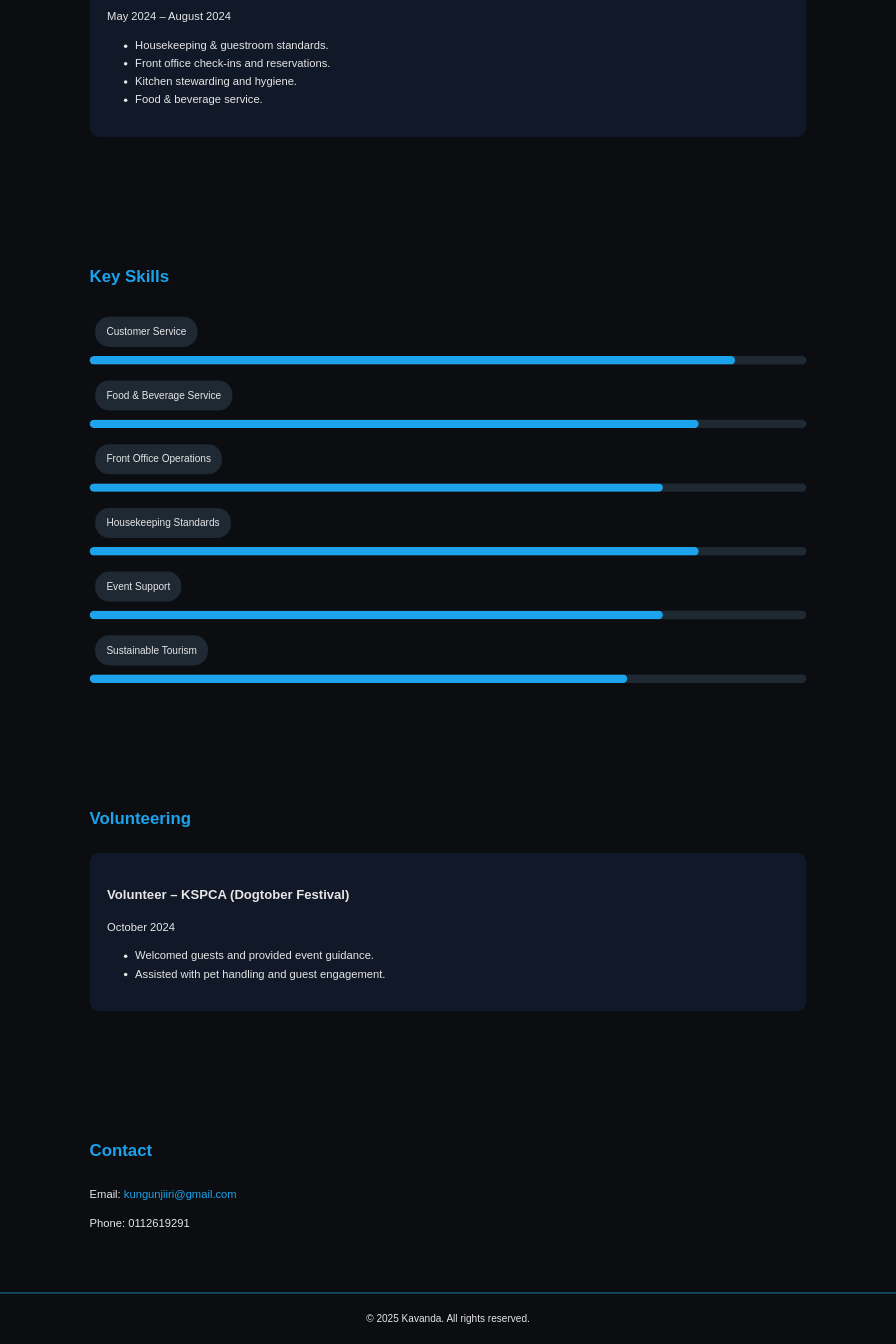
Repository: ladygit-comits/Solomon_Portfolio
Page: index.html
The author's editor kept a copy of each file at every save. The page is drawn from the files as they stood at one save, then again after the next save.
The browser window is 1280 px wide. The pictures show the part of the page from y = 2432 to 4352 px (the page is 4352 px tall before and 4351 px after), at 70% of full size.

Above is the page before, as saved 2025-12-31 14:02:20.

After the next save:
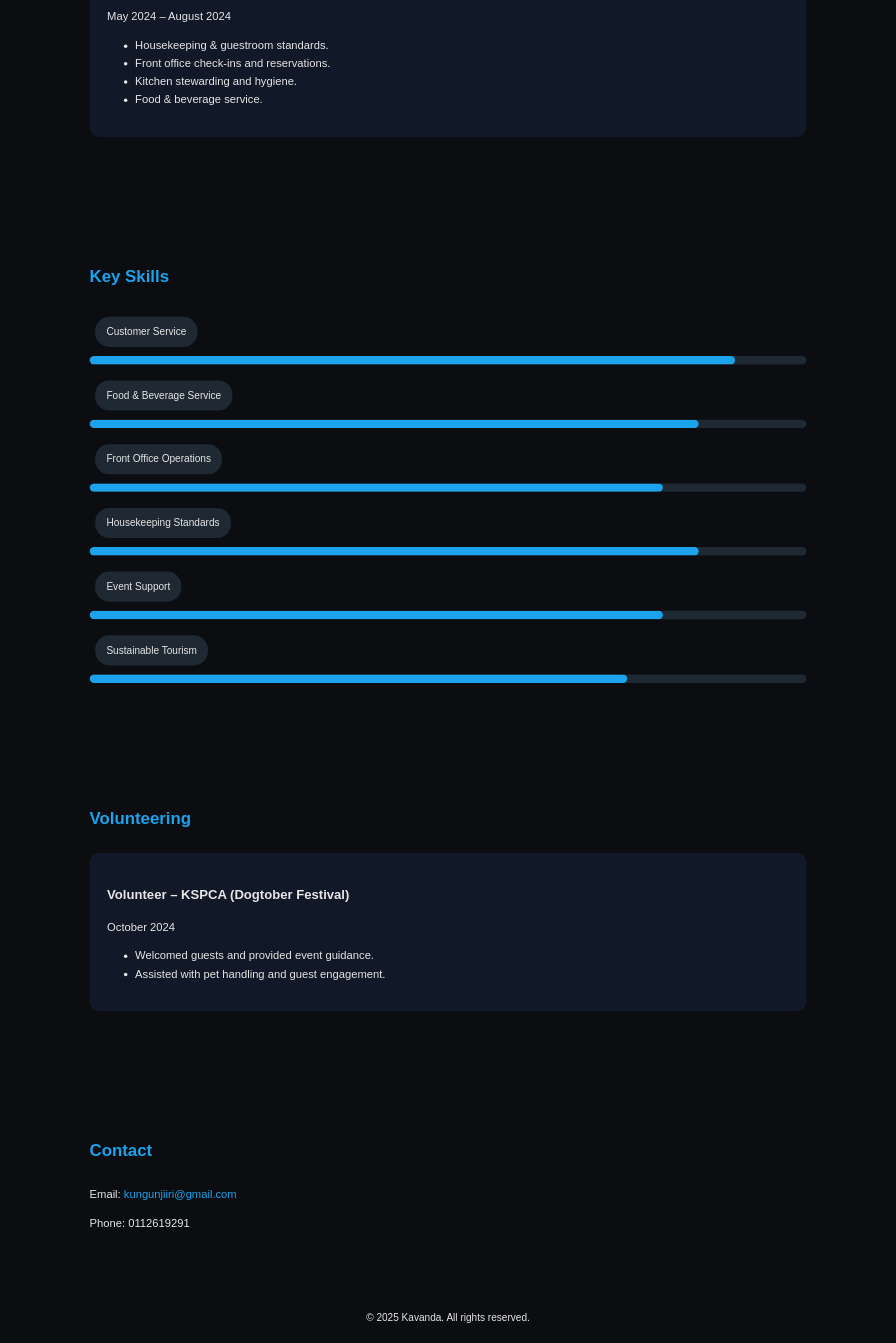
Saved 15 s later.
--- a/style.css
+++ b/style.css
@@ -288,7 +288,6 @@ footer {
   text-align: center;
   padding: 25px 10%;
   font-size: 0.9rem;
-  border-top: 1px solid var(--accent-blue);
 }
 
 footer p {
